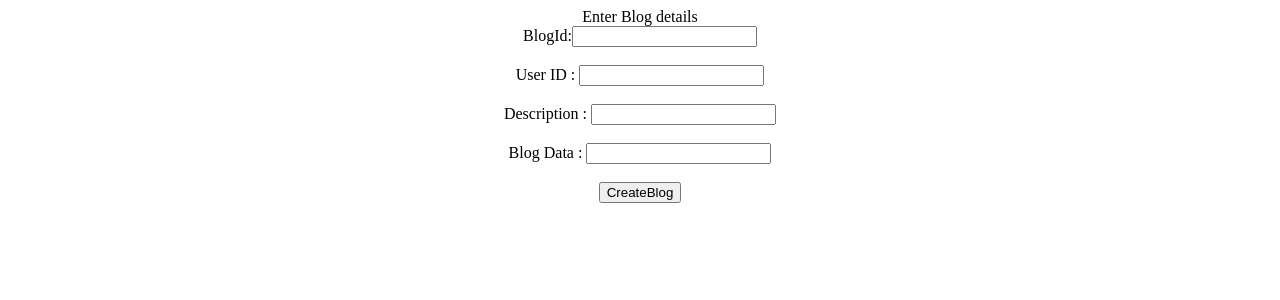
Repository: santosh345/Collabortion
Page: CollaborationFrontEnd/WebContent/c_blog/CreateBlog.html
These files come from the project's save history. The page is drawn as it stood at one moment and after the next save; the edit follows.
The browser window is 1280 px wide. The pictures show the whole page.

Above is the page before, as saved 2017-05-25 11:26:03.

After the next save:
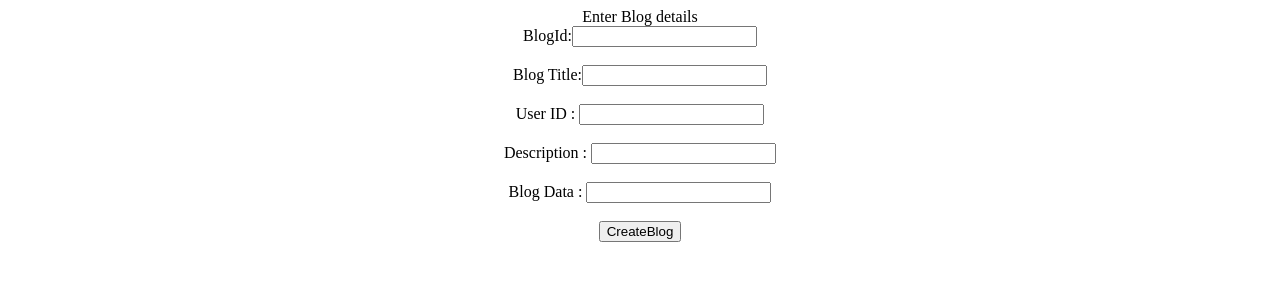
Saved 23 s later.
--- a/CollaborationFrontEnd/WebContent/c_blog/CreateBlog.html
+++ b/CollaborationFrontEnd/WebContent/c_blog/CreateBlog.html
@@ -2,7 +2,7 @@
 <center>Enter Blog details</center>
 <center>
 <form ng-submit="ctrl.CraeteBlog()" class="form-horizontal">
-BlogId:<input type="text" ng-model="ctrl.blog.blogId
+BlogId:<input type="text" ng-model="ctrl.blog.blogId"><br><br>
 Blog Title:<input type="text" ng-model="ctrl.blog.blogtitle"/><br><br>
 User ID : <input type="text" ng-model="ctrl.blog.blogUser_Id"/><br><br>
 Description : <input type="text" ng-model="ctrl.blog.blogDescription"/><br><br>
